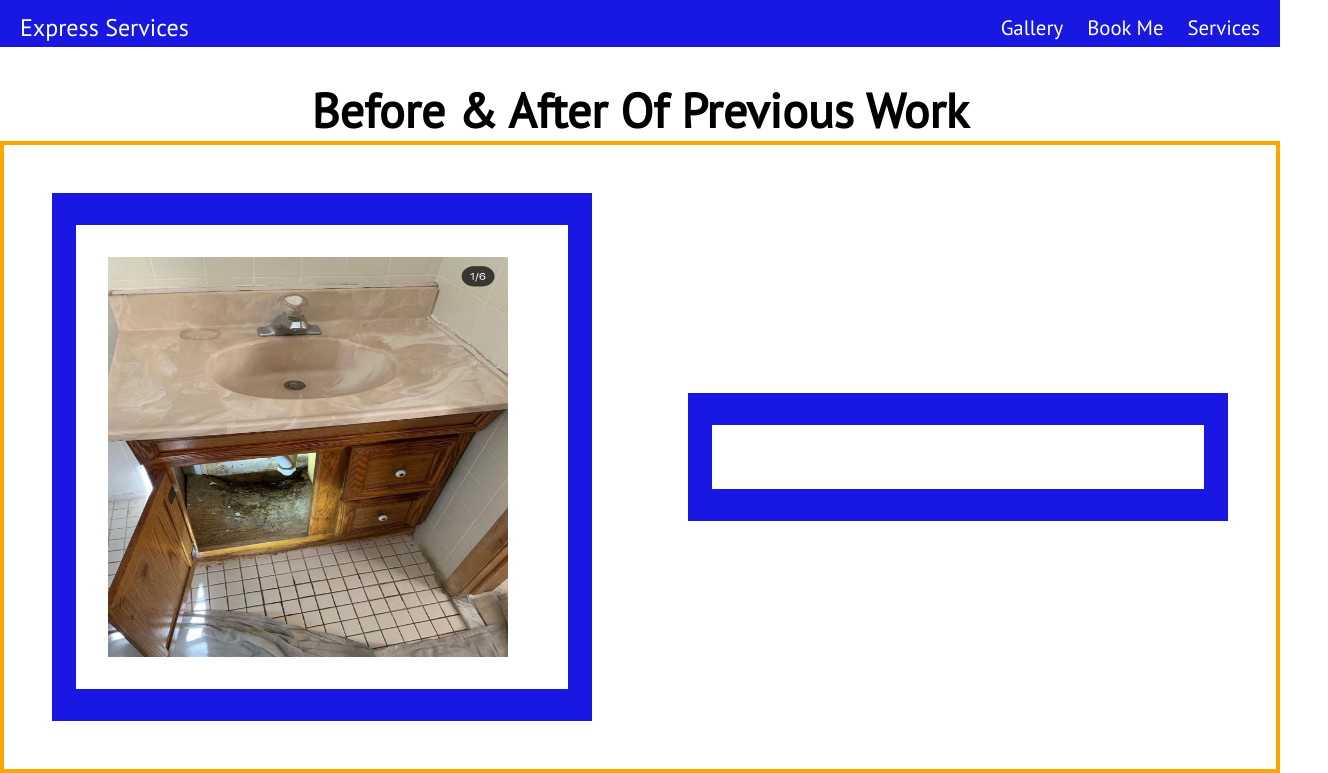
Repository: DrummerDee/mir-miami
Page: /Gallery (app in mr-miami/)
The author's editor kept a copy of each file at every save. The page is drawn from the files as they stood at one save, then again after a run of saves.
The browser window is 1280 px wide. The page is 1280 px wide, then 1328 px, so the pictures cover 1328 px, including what lies to the right of the window. The pictures show the whole page.
The project was rebuilt for these pictures with package versions that can differ from the ones it lists, and the page was loaded fresh each time. Also part of the build but not shown: mr-miami/src/Styles/Services.css, mr-miami/src/Components/Services.js, mr-miami/src/Components/Homepage.js, mr-miami/src/Styles/Calendar.css, mr-miami/src/Styles/Times.css, mr-miami/src/Components/Times.js, mr-miami/src/Components/Time.js, mr-miami/src/Components/BookMe.js.

Above is the page before, as saved 2022-09-08 22:20:34.

After the next 2 saves:
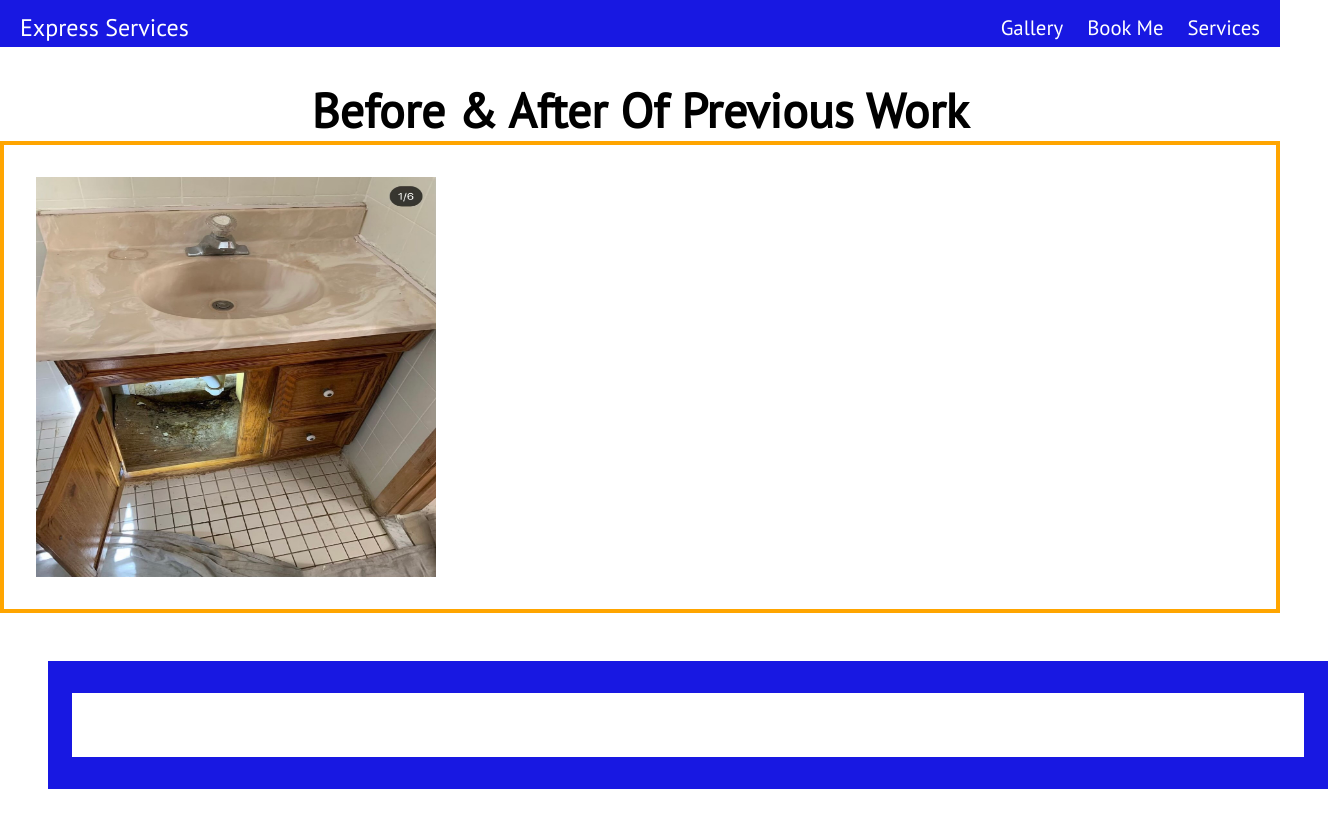
The 2 saves are shown as one change because 1 did not build or start.
The last was saved 5 min 13 s later.
--- a/mr-miami/src/Components/Gallery.js
+++ b/mr-miami/src/Components/Gallery.js
@@ -16,7 +16,6 @@ function Gallery() {
         <div className='body'>
             <h1> Before & After Of Previous Work </h1>
             <div className='wrapper'>
-                <div className='frame'>
                     <div className='box'>
                         <LazyLoadImage
                             src={sinkbefore}
@@ -32,7 +31,6 @@ function Gallery() {
                     </div>
                 </div>
             </div>
-        </div>
     );
 }
 
